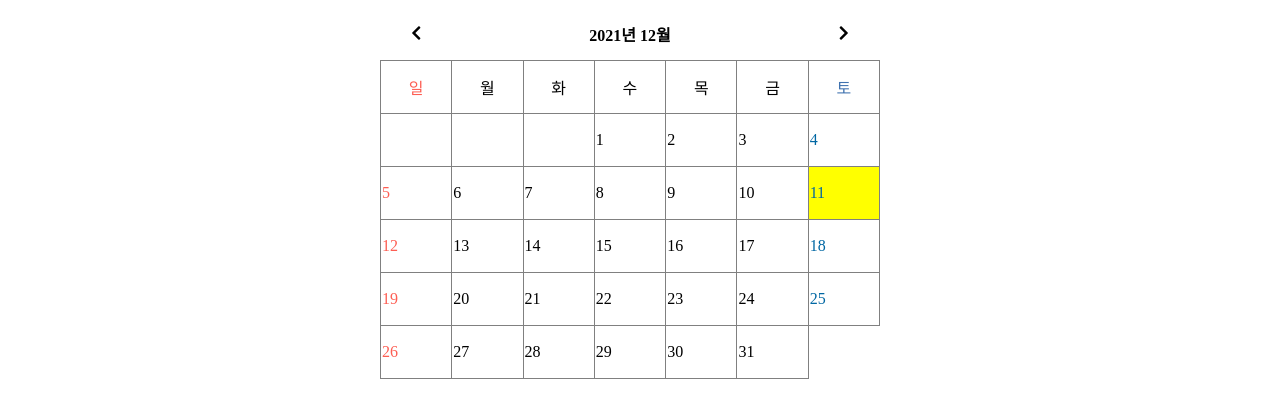
Repository: shin-sj/Checkkeu
Page: http://localhost/test2/WEB-INF/user/calendar.jsp
The author's editor kept a copy of each file at every save. The page is drawn from the files as they stood at one save, then again after the next save.
The browser window is 1280 px wide. The pictures show the whole page.
Some web libraries are served in a nearby version. The page is served by Tomcat 9. Nobody is signed in. Other server files are loaded and not shown. The template is opened directly, without the code that normally fills it, so the values that code supplies are empty.

Above is the page before, as saved 2021-12-15 15:50:30.

### test2/src/main/webapp/WEB-INF/user/calendar.jsp
<%@ page language="java" contentType="text/html; charset=UTF-8"
	pageEncoding="UTF-8"%>
<%@ taglib prefix="c" uri="http://java.sun.com/jsp/jstl/core" %>
<!DOCTYPE html>
<html>
<head>
<meta charset="UTF-8">
<title>calendar</title>

<!-- 아이콘 -->
<link rel="stylesheet"
	href="https://use.fontawesome.com/releases/v5.6.1/css/all.css">

<style>

		.container {
		//	width: 385px;
		//	line-height: 50px;
		//	margin: 50px auto;
		//	margin-bottom: -100px;

			display: flex;
		}

		h5 {
			text-align: center;
		}

		h5 span {
			color: teal;
		}

	table{
		width: 500px;
		border: none;
		border-collapse : collapse;

		margin-right: 20px;
	}
	td{
		width: 100px;
		height: 50px;
		border: solid 0.5px gray;
		border-collapse : collapse;
	}
	th {
		border: none;
		height: 50px;
	}

	.contents {
		margin-bottom: 100px;
		display: flex;
  		justify-content: center;

	}
	/* 툴팁 기본 스타일 설정 시작 */

	.tooltip {
	  position: relative;
	  display: block;
	}

	.tooltip .tooltiptext {
	  visibility: hidden;
	  width: 120px;
	  background-color: black;
	  opacity: 0.5;
	  color: #fff;
	  text-align: center;
	  border-radius: 6px;
	  padding: 5px 0;

	  position: absolute;
	  z-index: 1;
	}

	.tooltip:hover .tooltiptext {
	  visibility: visible;
	}

	/* 툴팁 기본 스타일 설정 끝 */

	/* 위쪽 툴팁 시작 */

	.tooltip .tooltip-top {
	  width: 120px;
	  bottom: 150%;
	  left: 50%;
	  margin-left: -60px;
	}
	.tooltip .tooltiptext::after {
  content: " ";             /* 정사각형 영역 사용 */
  position: absolute;       /* 절대 위치 사용 */
  border-style: solid;
  border-width: 5px;        /* 테두리 넓이를 5px 로 설정 */
}
	.tooltip .tooltip-top::after {
	  top: 100%;
	  left: 50%;
	  margin-left: -5px;
	  border-color: black transparent transparent transparent;
	}

</style>

<script>

	var policyDate = "";
	var today = new Date(); //오늘 날짜
    var date = new Date();//today의 Date를 세어주는 역할
    function prevCalendar() {//이전 달
    	policyDate = "";
     today = new Date(today.getFullYear(), today.getMonth() - 1, today.getDate());
     buildCalendar(); //달력 cell 만들어 출력
    }
    function nextCalendar() {//다음 달
    	policyDate = "";
         today = new Date(today.getFullYear(), today.getMonth() + 1, today.getDate());
         buildCalendar();//달력 cell 만들어 출력
    }
    function buildCalendar(){//현재 달 달력 만들기
    	policyDate="";
        var doMonth = new Date(today.getFullYear(),today.getMonth(),1);
        //이번 달의 첫째 날

        var lastDate = new Date(today.getFullYear(),today.getMonth()+1,0);
        //이번 달의 마지막 날

        var tbCalendar = document.getElementById("calendar");
        //날짜를 찍을 테이블 변수 만듬, 일 까지 다 찍힘

        var tbCalendarYM = document.getElementById("tbCalendarYM");
        //테이블에 정확한 날짜 찍는 변수

         tbCalendarYM.innerHTML = today.getFullYear() + "년 " + (today.getMonth() + 1) + "월 ";
         policyDate += today.getFullYear() + "/";
         policyDate += today.getMonth() + 1 + "/";
         /*while은 이번달이 끝나면 다음달로 넘겨주는 역할*/
        while (tbCalendar.rows.length > 2) {
        //열을 지워줌
              tbCalendar.deleteRow(tbCalendar.rows.length-1);
         }
         var row = null;
         row = tbCalendar.insertRow();
         //테이블에 새로운 열 삽입
         var cnt = 0;// count, 셀의 갯수를 세어주는 역할
        // 1일이 시작되는 칸을 맞추어 줌
         for (i=0; i<doMonth.getDay(); i++) {
         /*이번달의 day만큼 돌림*/
              cell = row.insertCell();
              cnt = cnt + 1;
         }
        /*달력 출력*/
        var policyDate2 = "";
		for (i = 1; i <= lastDate.getDate(); i++) {
			policyDate2 = policyDate; // yyyy/mm/ 까지만
			if(i < 10)
				policyDate2 += "0" + i;
			else
				policyDate2 += i; //yyyy/mm/ + i -> yyyy/mm/dd

         	//1일부터 마지막 일까지 돌림
            cell = row.insertCell();
   			//foreach문 안에서는 break, continue 사용불가능

           <c:forEach var="scrap" items="${scrapDateList}">
				if(policyDate2 == "${scrap.endDate}"){
					var str = i + "<br>" + "<p style='color: #f29886; font-size: 5px;'>${scrap.name}지원 마감일</p>"

					cell.innerHTML = str;
					cnt++;

					if (cnt % 7 == 0){/*토요일 */
						cell.innerHTML = "<font color=#0067a3>" + i + " ✔";
			            row = calendar.insertRow();
			          }
					if (cnt % 7 == 1){/*일요일 */
						cell.innerHTML = "<font color=#FD5E53>" + i + " ✔";
			          }

					 /*오늘 날짜*/
			          if (today.getFullYear() == date.getFullYear()
			             && today.getMonth() == date.getMonth()
			             && i == date.getDate()) {
			            cell.bgColor = "#D2D2FF";
			           }
					 continue;
					}
				if(policyDate2 == "${scrap.startDate}"){


					var str = i + "<br>" + "<p style='color: #0096c6; font-size: 5px;'>${scrap.name}지원 시작일</p>"

					cell.innerHTML = str;
					cnt++;

					if (cnt % 7 == 0){/*토요일 */
						cell.innerHTML = "<font color=#0067a3>" + i + " ✔";
			            row = calendar.insertRow();
			          }
					if (cnt % 7 == 1){/*일요일 */
						cell.innerHTML = "<font color=#FD5E53>" + i + " ✔";
			          }

					 /*오늘 날짜*/
			          if (today.getFullYear() == date.getFullYear()
			             && today.getMonth() == date.getMonth()
			             && i == date.getDate()) {
			            cell.bgColor = "#ffff00";
			           }
					 continue;
					}

				else{
	            	cell.innerHTML = i;
				}

            </c:forEach>

            cell.innerHTML = i;
            cnt++;

            if (cnt % 7 == 1) {/*일요일 계산*/
		            cell.innerHTML = "<font color=#FD5E53>" + i;
	        }

	          if (cnt % 7 == 0){/*토요일 */
					cell.innerHTML = "<font color=#0067a3>" + i;
	               row = calendar.insertRow();
	          }

	          /*오늘 날짜*/
	          if (today.getFullYear() == date.getFullYear()
	             && today.getMonth() == date.getMonth()
	             && i == date.getDate()) {
	            cell.bgColor = "#ffff00";

	           }

         }
    }
</script>

</head>
<body>

		<div class="contents">

			<div class="contents-split">
				<table id="calendar">
					<tr>
						<!-- label은 마우스로 클릭을 편하게 해줌 -->
						<th><label onclick="prevCalendar()"><i
								class="fas fa-chevron-left"></i></label></th>
						<th align="center" id="tbCalendarYM" colspan="5">yyyy년 m월</th>
						<th><label onclick="nextCalendar()"><i
								class="fas fa-chevron-right"></i></label></th>
					</tr>
					<tr>
						<td align="center"><font color="#FD5E53">일</font></td>
						<td align="center">월</td>
						<td align="center">화</td>
						<td align="center">수</td>
						<td align="center">목</td>
						<td align="center">금</td>
						<td align="center"><font color="#3F72AF">토</font></td>
					</tr>
				</table>
				<script>
		    buildCalendar();
			</script>
			</div>

	</div>
</body>


</html>

After the next save:
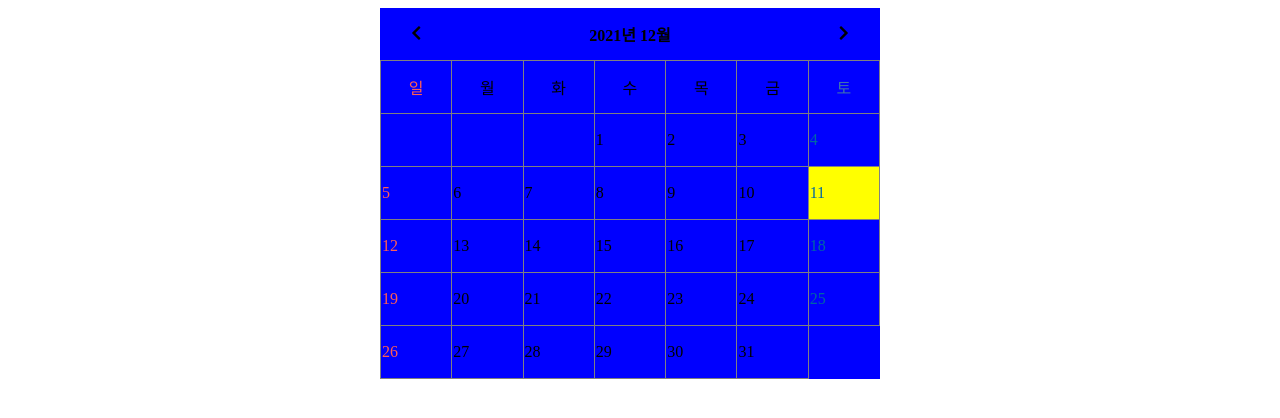
Saved 3 min 45 s later.
--- a/test2/src/main/webapp/WEB-INF/user/calendar.jsp
+++ b/test2/src/main/webapp/WEB-INF/user/calendar.jsp
@@ -36,6 +36,7 @@
 		border-collapse : collapse;
 
 		margin-right: 20px;
+		background-color: blue;
 	}
 	td{
 		width: 100px;

After the save that followed:
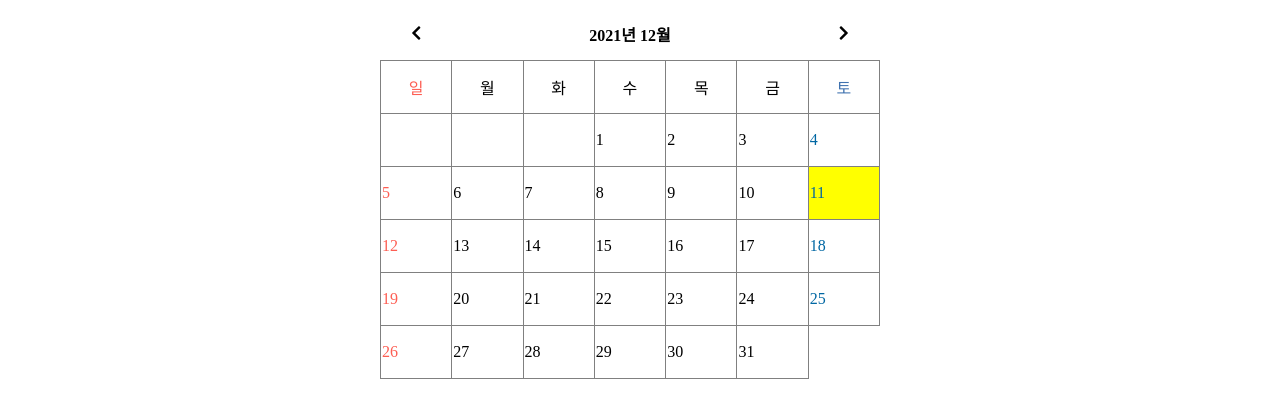
Saved 8 s later.
--- a/test2/src/main/webapp/WEB-INF/user/calendar.jsp
+++ b/test2/src/main/webapp/WEB-INF/user/calendar.jsp
@@ -36,7 +36,7 @@
 		border-collapse : collapse;
 
 		margin-right: 20px;
-		background-color: blue;
+
 	}
 	td{
 		width: 100px;
